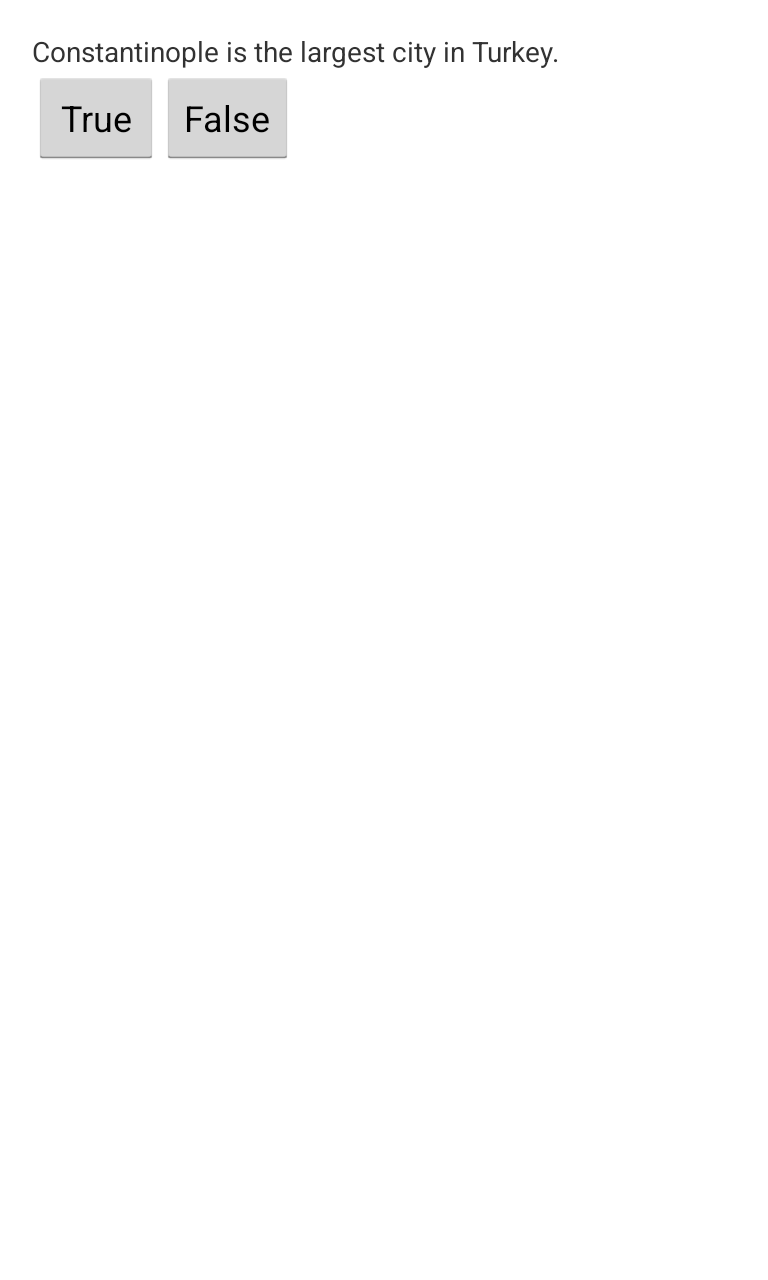
Repository: red201432/MyAndroid
Layout: AndroidProgramming/res/layout/activity_main.xml
These files come from the project's save history. The layout is drawn as it stood at one moment and after the next save; the edit follows.
It is drawn on a 768 x 1280 px phone screen (xhdpi) without system bars, with theme AppTheme; the app's code is not run.

Above is the layout before, as saved 2015-09-18 02:19:12.

After the next save:
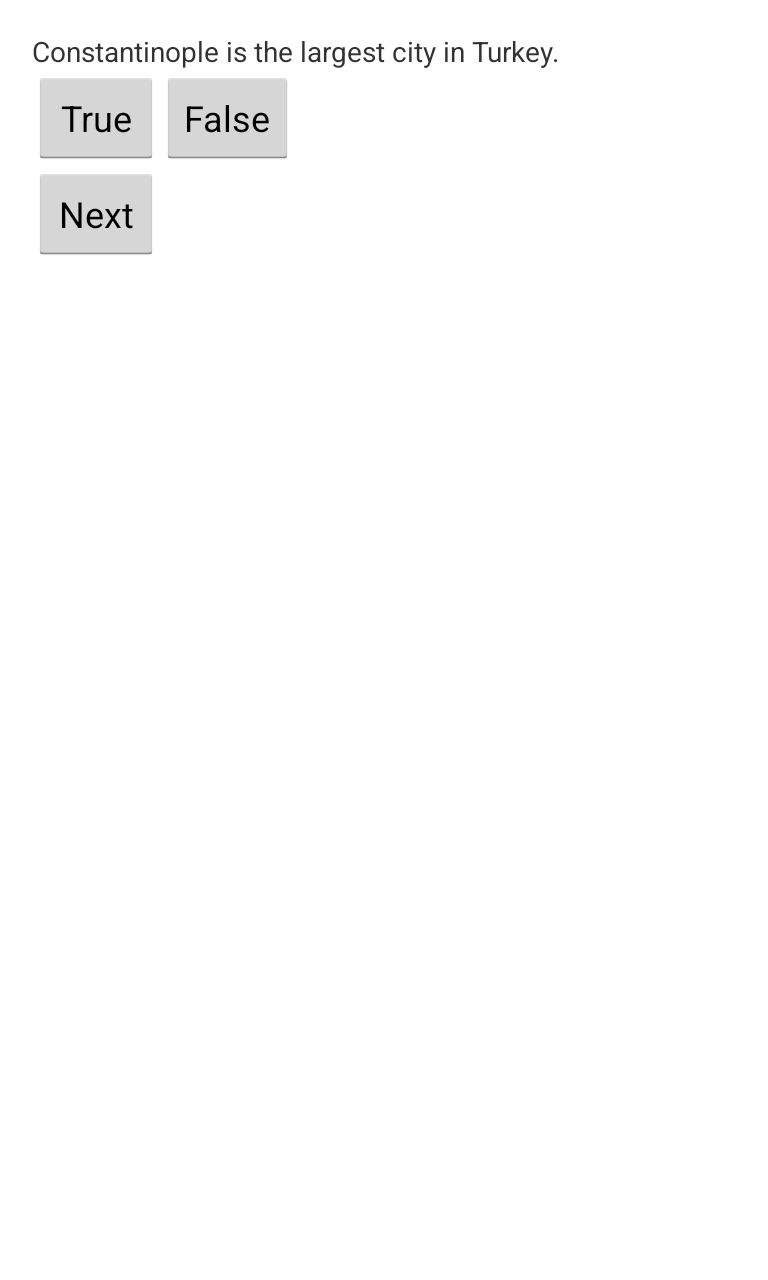
Saved 26 s later.
--- a/AndroidProgramming/res/layout/activity_main.xml
+++ b/AndroidProgramming/res/layout/activity_main.xml
@@ -33,4 +33,10 @@
 	    android:text="@string/false_button"
 	    />
 	</LinearLayout>
+	  <Button
+	        android:id="@+id/next_button"
+	        android:layout_width="wrap_content"
+	    android:layout_height="wrap_content"
+	    android:text="@string/next_button"
+	    />
 </LinearLayout>
